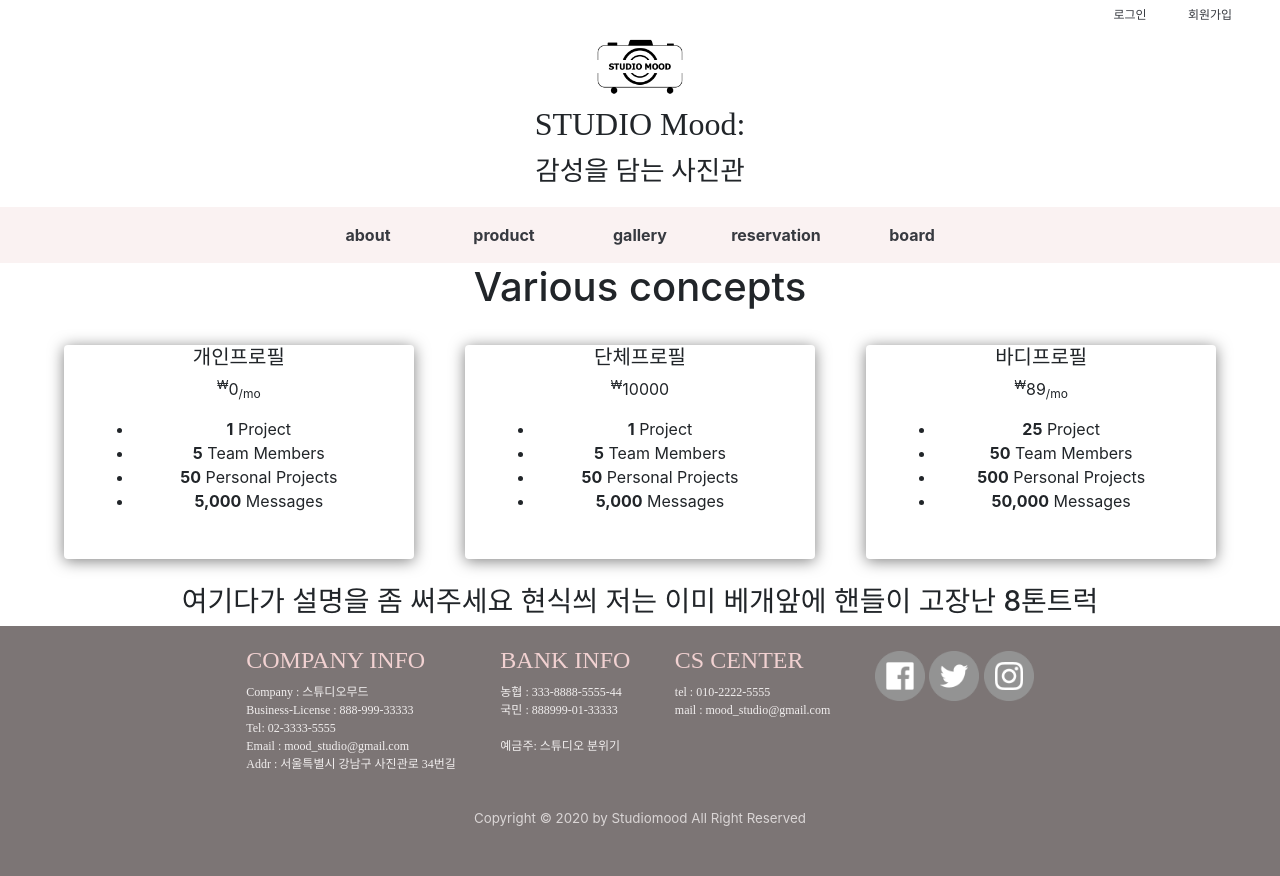
Repository: seugju/HSDsemi
Page: http://localhost/studioMood/views/product/productTest.jsp
An editor plug-in stored every save of this project. The page is shown before and after the next save, followed by the edit.
The browser window is 1280 px wide. The pictures show the whole page.
Some web fonts or font styles are not loaded; a fallback is used. The page is served by Tomcat 9.

Above is the page before, as saved 2020-12-02 16:37:05.

After the next save:
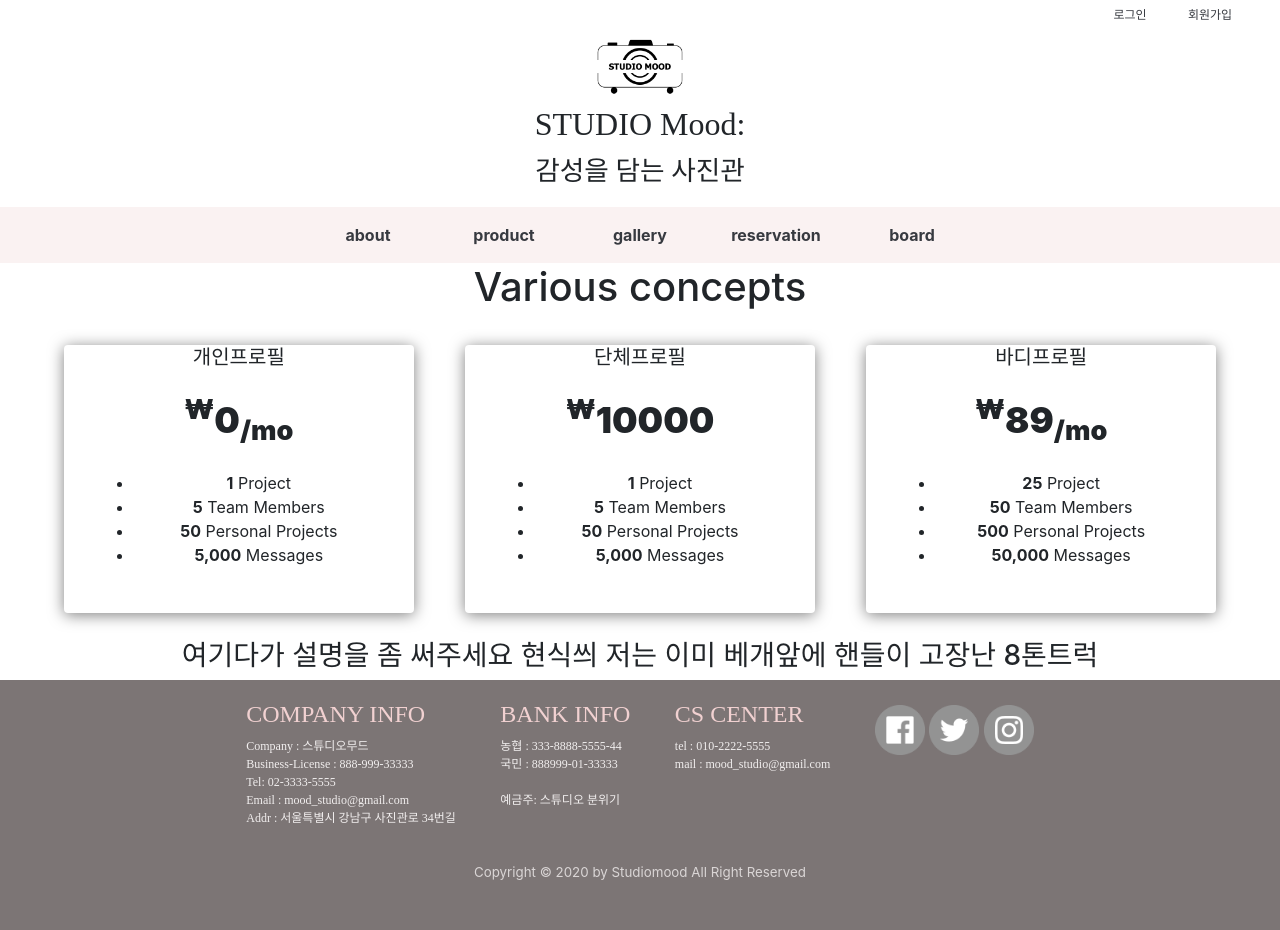
Saved 16 s later.
--- a/project-workspace/studioMood/WebContent/views/product/productTest.jsp
+++ b/project-workspace/studioMood/WebContent/views/product/productTest.jsp
@@ -30,6 +30,12 @@
 	.pricing-box h5 {
 	text-transform: uppercase;
 }
+.price {
+	margin: 24px 0;
+	font-size: 36px;
+	font-weight: 900;
+}
+
 </style>
 <body>
 <%@ include file="/WEB-INF/views/common/header.jsp" %>
